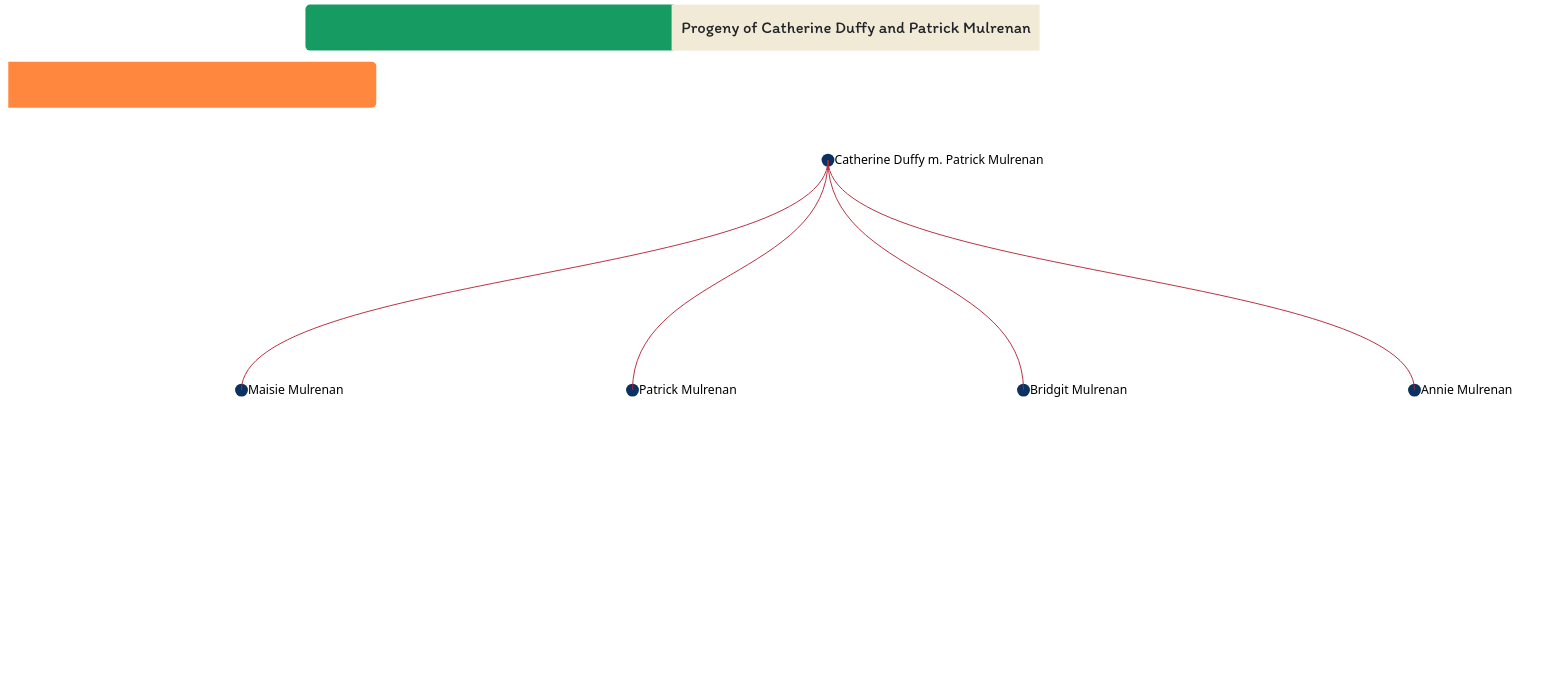
Repository: George2916/GreensladeFamilyTree
Page: progenyCatherineTarpey.html
The author's editor kept a record of every edit. The page is drawn from the files as they stood at one moment, then again after the next edit.
The browser window is 1280 px wide. The page is 1700 px wide, so the pictures cover 1700 px, including what lies to the right of the window. The pictures show the whole page, at 92% of full size.

Above is the page before.

After the next edit:
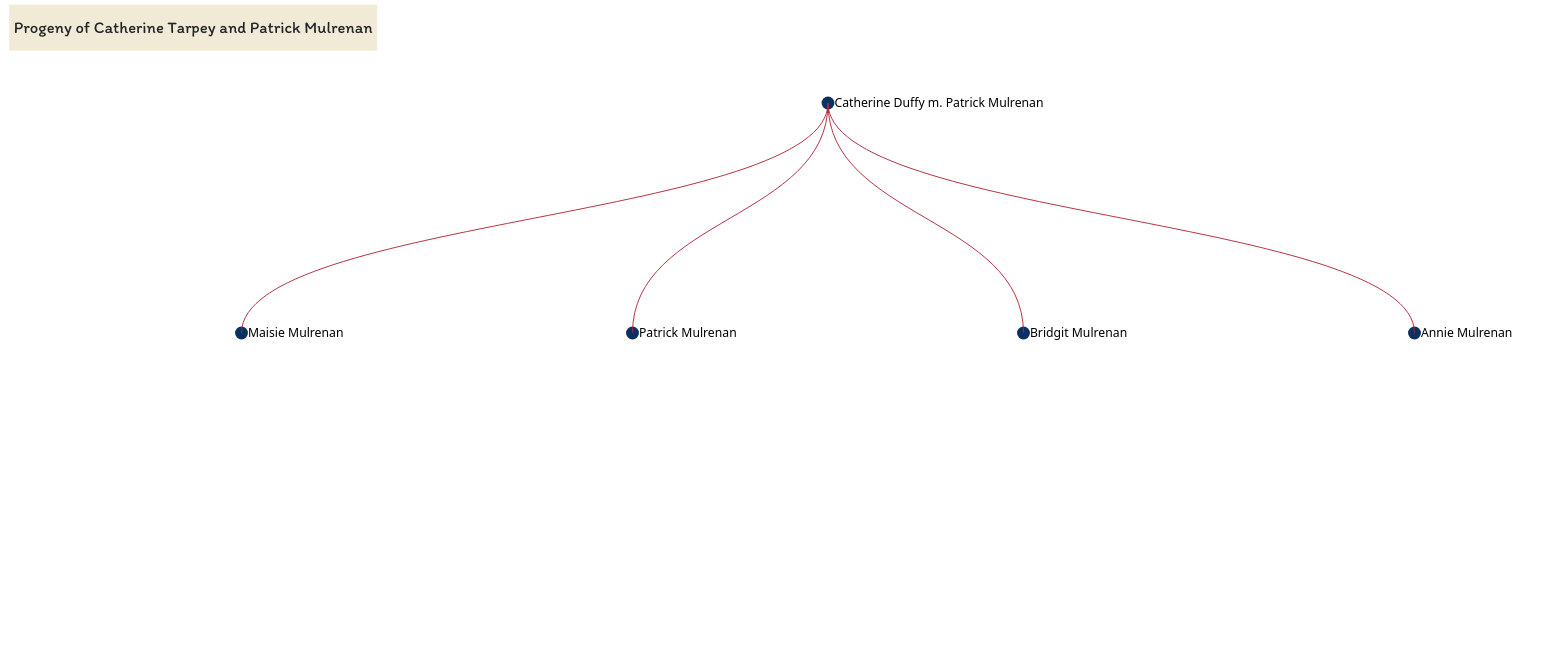
The edit:
--- a/progenyCatherineTarpey.html
+++ b/progenyCatherineTarpey.html
@@ -26,9 +26,9 @@
     <div class="container-fluid">
 
   <div>
-    <div class="progenyCatherineTorpeyA"></div>
-	  <div class="progenyCatherineTorpeyB" id="progeny">Progeny of Catherine Duffy and Patrick Mulrenan</div>
-	  <div class="progenyCatherineTorpeyC"></div>
+    <div class="progenyCatherineTarpeyA"></div>
+	  <div class="progenyCatherineTorpeyB" id="progeny">Progeny of Catherine Tarpey and Patrick Mulrenan</div>
+	  <div class="progenyCatherineTarpeyC"></div>
   </div>
 
   </div>
